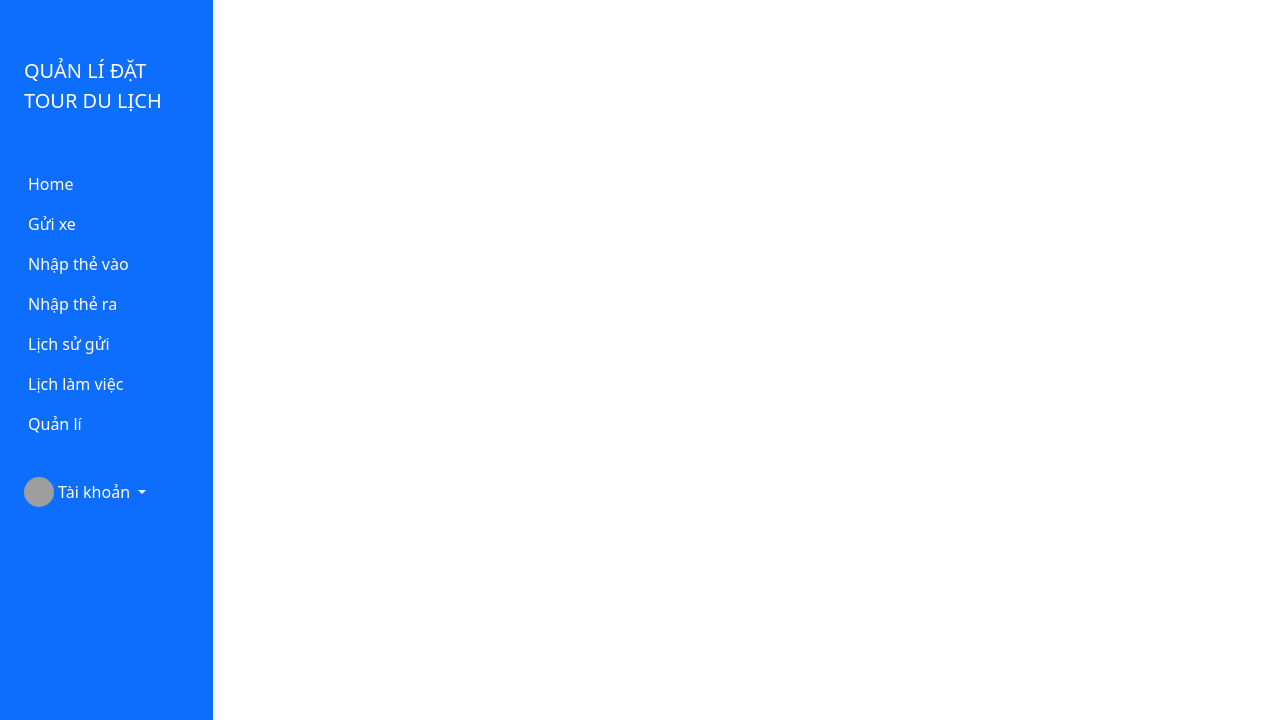
Repository: vantohuu/BOOKINGTOUR
Page: http://localhost/BOOKINGTOUR/WEB-INF/views/index.jsp
An editor plug-in stored every save of this project. The page is shown before and after the next save, followed by the edit.
The browser window is 1280 px wide. The pictures show the whole page.
Pictures or frames that could not be fetched are drawn as grey boxes. The page is served by Tomcat 9. Nobody is signed in. Other server files are loaded and not shown. The template is opened directly, without the code that normally fills it, so the values that code supplies are empty.

Above is the page before, as saved 2023-04-25 18:44:50.

### BOOKINGTOUR/src/main/webapp/WEB-INF/views/index.jsp
<%@ page language="java" contentType="text/html; charset=UTF-8"
    pageEncoding="UTF-8"%>
<!DOCTYPE html>
<html>
<head>
<meta charset="UTF-8">
 <link href="https://cdn.jsdelivr.net/npm/bootstrap@5.3.0-alpha1/dist/css/bootstrap.min.css" rel="stylesheet"
     integrity="sha384-GLhlTQ8iRABdZLl6O3oVMWSktQOp6b7In1Zl3/Jr59b6EGGoI1aFkw7cmDA6j6gD" crossorigin="anonymous">
<title>Insert title here</title>
</head>
<body>
	<div class="container-fluid">
		<div class="row flex-nowrap">
			<div class="col-auto col-md-3 col-xl-2 px-sm-2 px-0 bg-primary">
				<div
					class="d-flex flex-column align-items-center align-items-sm-start px-3 pt-2 text-white min-vh-100">
					<a href="/"
						class="d-flex align-items-center pb-5 pt-5 mb-md-0 me-md-auto text-white text-decoration-none">
						<span class="fs-5 d-none d-sm-inline">QUẢN LÍ ĐẶT TOUR DU LỊCH</span>
					</a>
					<ul
						class="nav nav-pills flex-column mb-sm-auto mb-0 align-items-center align-items-sm-start"
						id="menu">
						<li class="nav-item"><a href="home.htm"
							class="nav-link text-white align-middle px-0"> <i
								class="fa-solid fa-house"></i> <span
								class="ms-1 d-none d-sm-inline">Home</span>
						</a></li>
						<li><a href="#submenu1" data-bs-toggle="collapse"
							class="nav-link text-white px-0 align-middle"> <i
								class="fa-solid fa-keyboard"></i> <span
								class="ms-1 d-none d-sm-inline">Gửi xe</span>
						</a>
							<ul class="collapse show nav flex-column ms-1" id="submenu1"
								data-bs-parent="#menu">
								<li class="w-100"><a href="thevao.htm"
									class="nav-link text-white px-0"> <span class="d-none d-sm-inline">Nhập
											thẻ vào</span></a></li>
								<li><a href="thera.htm" class="nav-link text-white px-0"> <span
										class="d-none d-sm-inline">Nhập thẻ ra</span></a></li>
								<li><a href="lichsugui.htm" class="nav-link text-white px-0"> <span
										class="d-none d-sm-inline">Lịch sử gửi </span></a></li>
							</ul></li>
						<li><a href="lich.htm" class="nav-link text-white px-0 align-middle">
								<i class="fa-solid fa-calendar-days"></i> <span
								class="ms-1 d-none d-sm-inline">Lịch làm việc</span>
						</a></li>
						<li><a href="#submenu2" data-bs-toggle="collapse"
							class="nav-link text-white px-0 align-middle "> <i
								class="fa-solid fa-clipboard-user"></i> <span
								class="ms-1 d-none d-sm-inline">Quản lí</span></a>
							<ul class="collapse nav flex-column ms-1" id="submenu2"
								data-bs-parent="#menu">
								<li class="w-100"><a href="doanhthu.htm"
									class="nav-link px-0"> <span class="d-none d-sm-inline">Doanh
											thu</span></a></li>
								<li><a href="nhanvien.htm" class="nav-link px-0"> <span
										class="d-none d-sm-inline">Nhân viên</span></a></li>
								<li><a href="quanlithethang.htm" class="nav-link px-0">
										<span class="d-none d-sm-inline">Nhân viên</span>
								</a></li>
								<li><a href="quanlilich.htm" class="nav-link px-0"> <span
										class="d-none d-sm-inline">Lịch</span></a></li>

								<li><a href="chucvu.htm" class="nav-link px-0"> <span
										class="d-none d-sm-inline">Chức vụ</span></a></li>
								<li><a href="quanlitaikhoan.htm" class="nav-link px-0">
										<span class="d-none d-sm-inline">Tài khoản</span>
								</a></li>
								<li><a href="bangluong.htm" class="nav-link px-0"> <span
										class="d-none d-sm-inline">Bảng lương</span></a></li>

								<li><a href="chinhsuaphi.htm" class="nav-link px-0"> <span
										class="d-none d-sm-inline">Phí gửi xe</span></a></li>

							</ul></li>

						<hr>

						<div class="dropdown pb-4">
							<a href="#"
								class="d-flex align-items-center text-white text-decoration-none dropdown-toggle"
								id="dropdownUser1" data-bs-toggle="dropdown"
								aria-expanded="false"> <img src="https://github.com/mdo.png"
								alt="hugenerd" width="30" height="30" class="rounded-circle">
								<span class="d-none d-sm-inline mx-1">Tài khoản</span>
							</a>
							<ul class="dropdown-menu dropdown-menu-dark text-small shadow">

								<li><a class="dropdown-item" href="nhanvien-thongtin.htm">Chỉnh
										sửa thông tin cá nhân</a></li>
								<li><a class="dropdown-item" href="doimatkhau.htm">Đổi
										mật khẩu</a></li>
								<li>
									<hr class="dropdown-divider">
								</li>
								<li><a class="dropdown-item" href="logout.htm">Đăng
										xuất</a></li>
							</ul>
						</div>
				</div>
			</div>
		</div>
	</div>
</body>
</html>

After the next save:
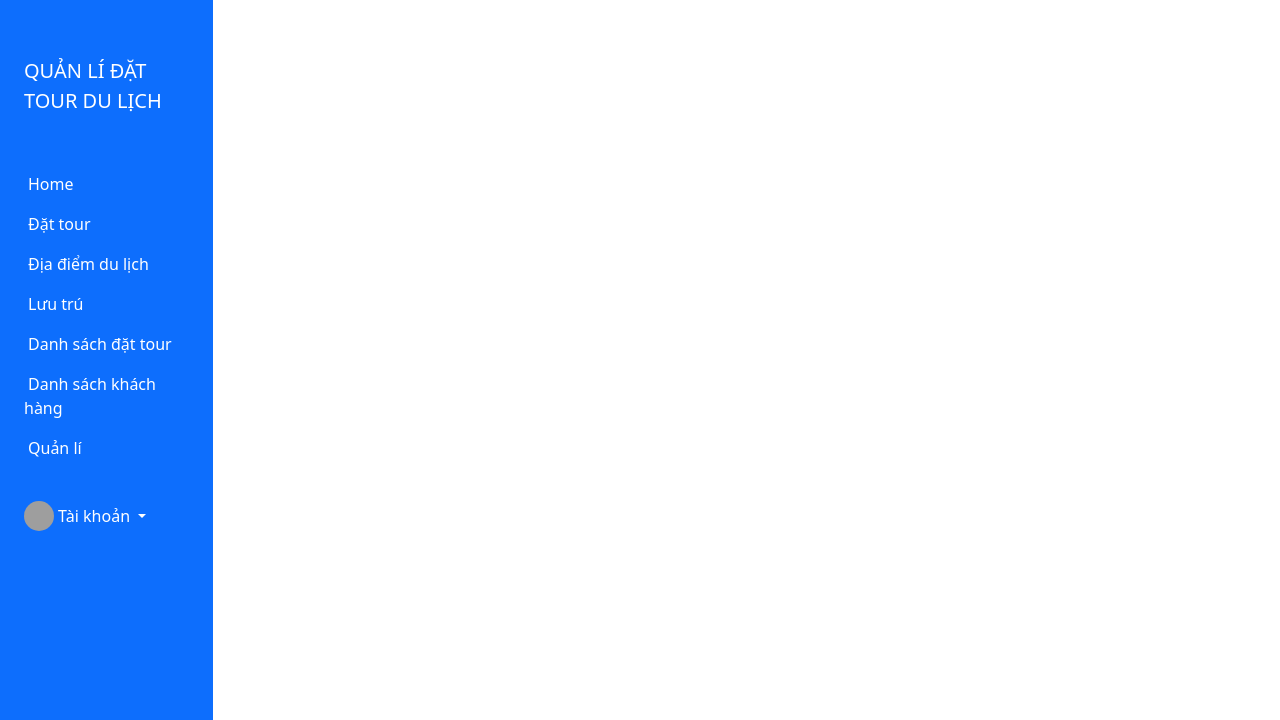
Saved 23 h 56 min later.
--- a/BOOKINGTOUR/src/main/webapp/WEB-INF/views/index.jsp
+++ b/BOOKINGTOUR/src/main/webapp/WEB-INF/views/index.jsp
@@ -29,21 +29,20 @@
 						<li><a href="#submenu1" data-bs-toggle="collapse"
 							class="nav-link text-white px-0 align-middle"> <i
 								class="fa-solid fa-keyboard"></i> <span
-								class="ms-1 d-none d-sm-inline">Gửi xe</span>
+								class="ms-1 d-none d-sm-inline">Đặt tour</span>
 						</a>
 							<ul class="collapse show nav flex-column ms-1" id="submenu1"
 								data-bs-parent="#menu">
 								<li class="w-100"><a href="thevao.htm"
-									class="nav-link text-white px-0"> <span class="d-none d-sm-inline">Nhập
-											thẻ vào</span></a></li>
+									class="nav-link text-white px-0"> <span class="d-none d-sm-inline">Địa điểm du lịch</span></a></li>
 								<li><a href="thera.htm" class="nav-link text-white px-0"> <span
-										class="d-none d-sm-inline">Nhập thẻ ra</span></a></li>
+										class="d-none d-sm-inline">Lưu trú</span></a></li>
 								<li><a href="lichsugui.htm" class="nav-link text-white px-0"> <span
-										class="d-none d-sm-inline">Lịch sử gửi </span></a></li>
+										class="d-none d-sm-inline">Danh sách đặt tour</span></a></li>
 							</ul></li>
 						<li><a href="lich.htm" class="nav-link text-white px-0 align-middle">
 								<i class="fa-solid fa-calendar-days"></i> <span
-								class="ms-1 d-none d-sm-inline">Lịch làm việc</span>
+								class="ms-1 d-none d-sm-inline">Danh sách khách hàng</span>
 						</a></li>
 						<li><a href="#submenu2" data-bs-toggle="collapse"
 							class="nav-link text-white px-0 align-middle "> <i
